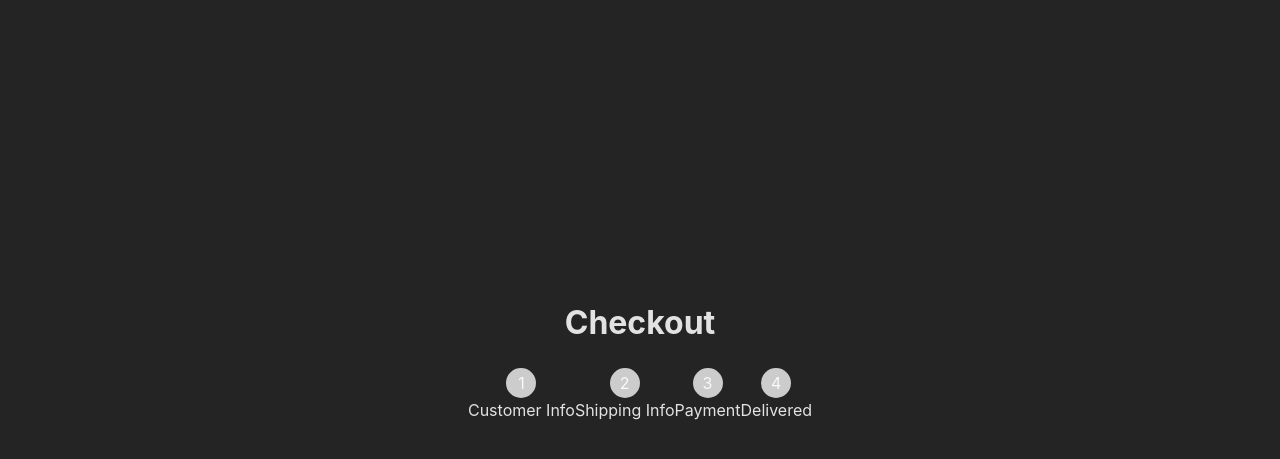
Repository: s-babaeizadeh/stepper-react
Page: /
An editor plug-in stored every save of this project. The page is shown before and after the next save, followed by the edit.
The browser window is 1280 px wide. The pictures show the whole page.
The project was rebuilt for these pictures with package versions that can differ from the ones it lists, and the page was loaded fresh each time. Also part of the build but not shown: vite.config.js.

Above is the page before, as saved 2024-08-04 15:35:31.

After the next save:
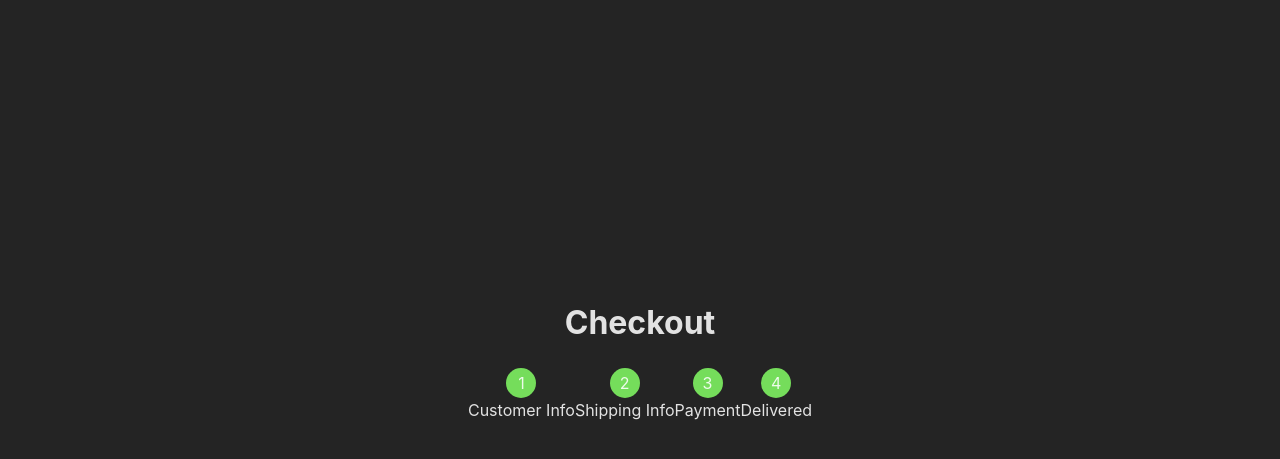
Saved 15 s later.
--- a/src/index.css
+++ b/src/index.css
@@ -40,7 +40,7 @@ body {
   width: 30px;
   height: 30px;
   border-radius: 50%;
-  background-color: #ccc;
+  background-color: #75dd5b;
   display: flex;
   justify-content: center;
   align-items: center;
